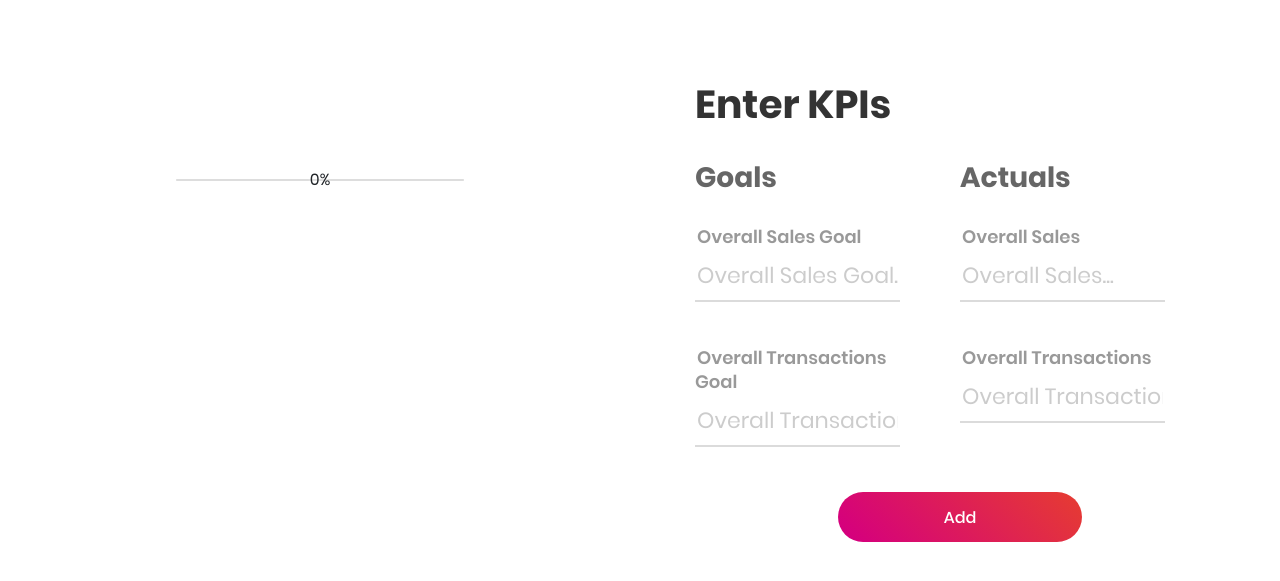
Repository: jameyel/kpi-entry
Page: index.html
These files come from the project's save history. The page is drawn as it stood at one moment and after the next save; the edit follows.
The browser window is 1280 px wide. The pictures show the whole page.

Above is the page before, as saved 2018-12-10 09:51:27.

After the next save:
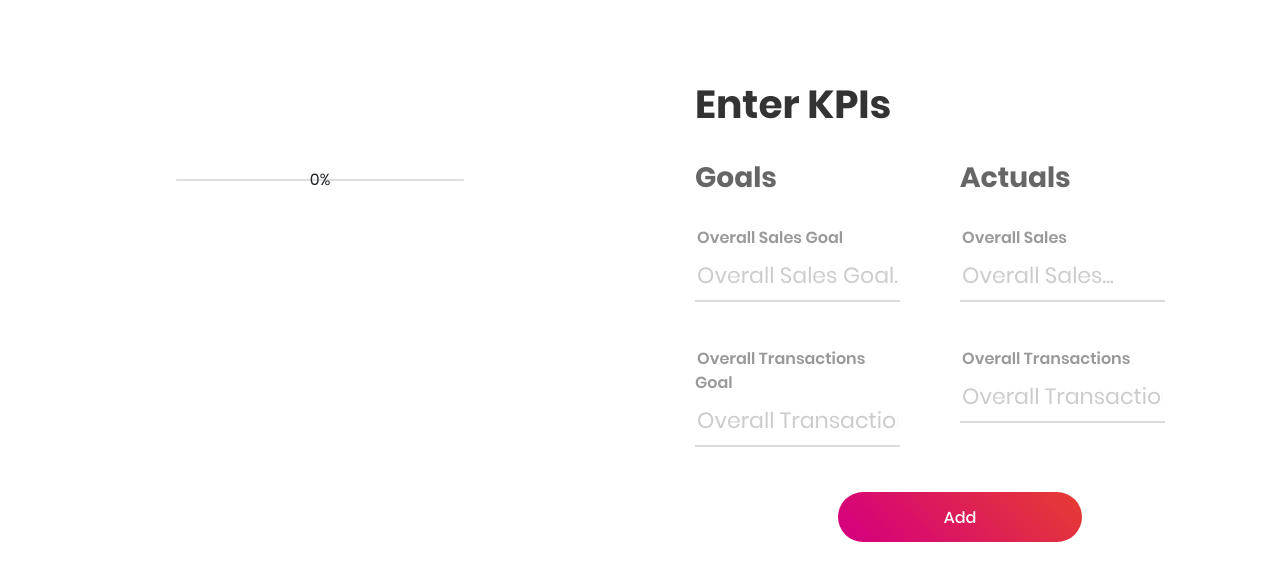
Saved 56 s later.
--- a/css/main.css
+++ b/css/main.css
@@ -281,7 +281,7 @@ iframe {
 
 .label-input100 {
   font-family: Poppins-SemiBold;
-  font-size: 18px;
+  font-size: 16px;
   color: #999999;
   line-height: 1.2;
   padding-left: 2px;
@@ -457,7 +457,7 @@ textarea.input100 {
   display: block;
   position: absolute;
   color: #c80000;
-  font-size: 18px;
+  font-size: 16px;
   bottom: calc((100% - 25px) / 2);
   -webkit-transform: translateY(50%);
   -moz-transform: translateY(50%);
